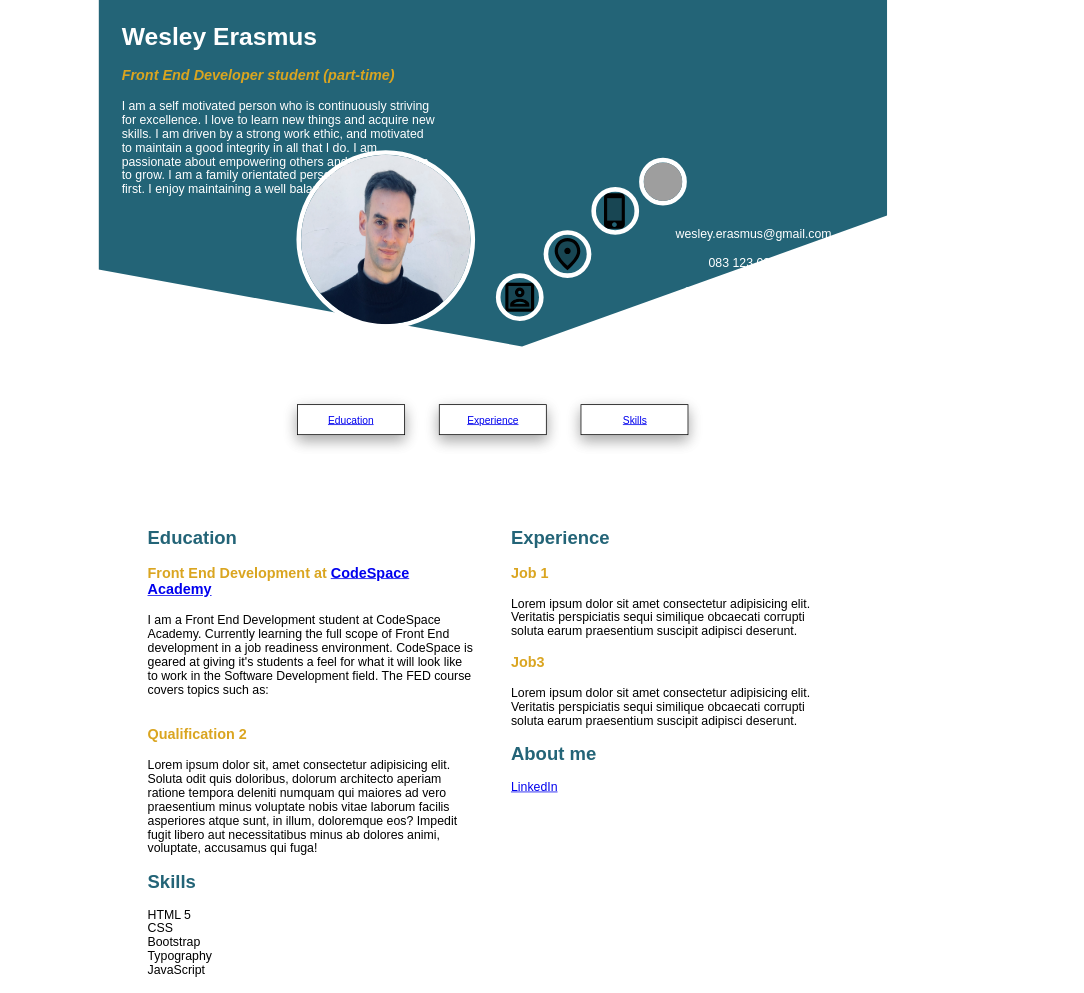
Repository: WesleyErasmus/myDigitalResume
Page: Resume-Projec-3/index.html
The author's editor kept a copy of each file at every save. The page is drawn from the files as they stood at one save, then again after the next save.
The browser window is 1280 px wide. The page is 1408 px wide, so the pictures cover 1408 px, including what lies to the right of the window. The pictures show the whole page, at 77% of full size.
Pictures or frames that could not be fetched are drawn as grey boxes.

Above is the page before, as saved 2022-02-12 16:39:01.

After the next save:
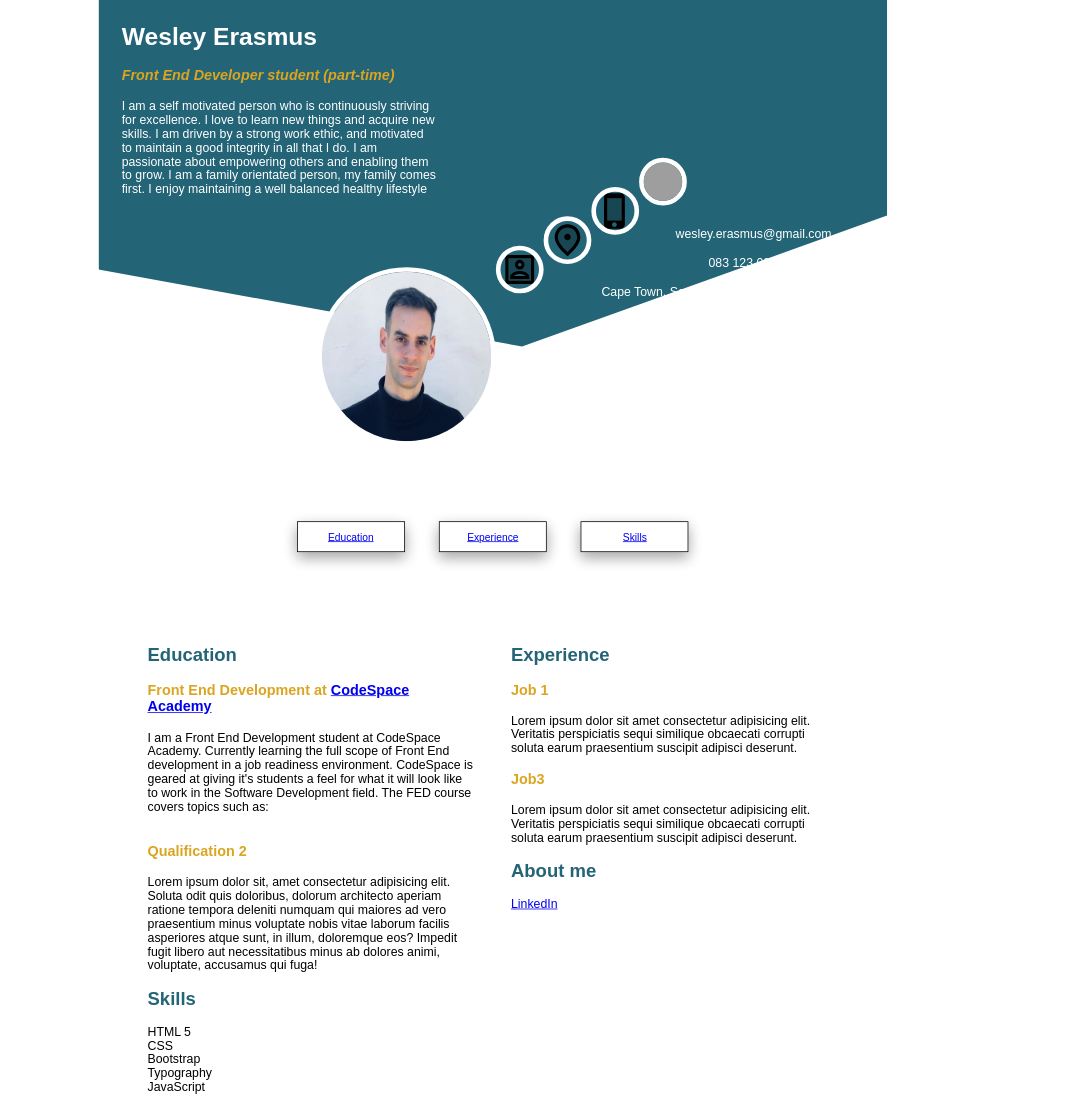
Saved 7 s later.
--- a/Resume-Projec-3/styles.css
+++ b/Resume-Projec-3/styles.css
@@ -23,7 +23,7 @@
 }
 .contact-details {
     /* position: absolute; */
-    float: right;
+    /* float: right; */
     top: 30px;
     right: 30px;
     text-align: right;

After the save that followed:
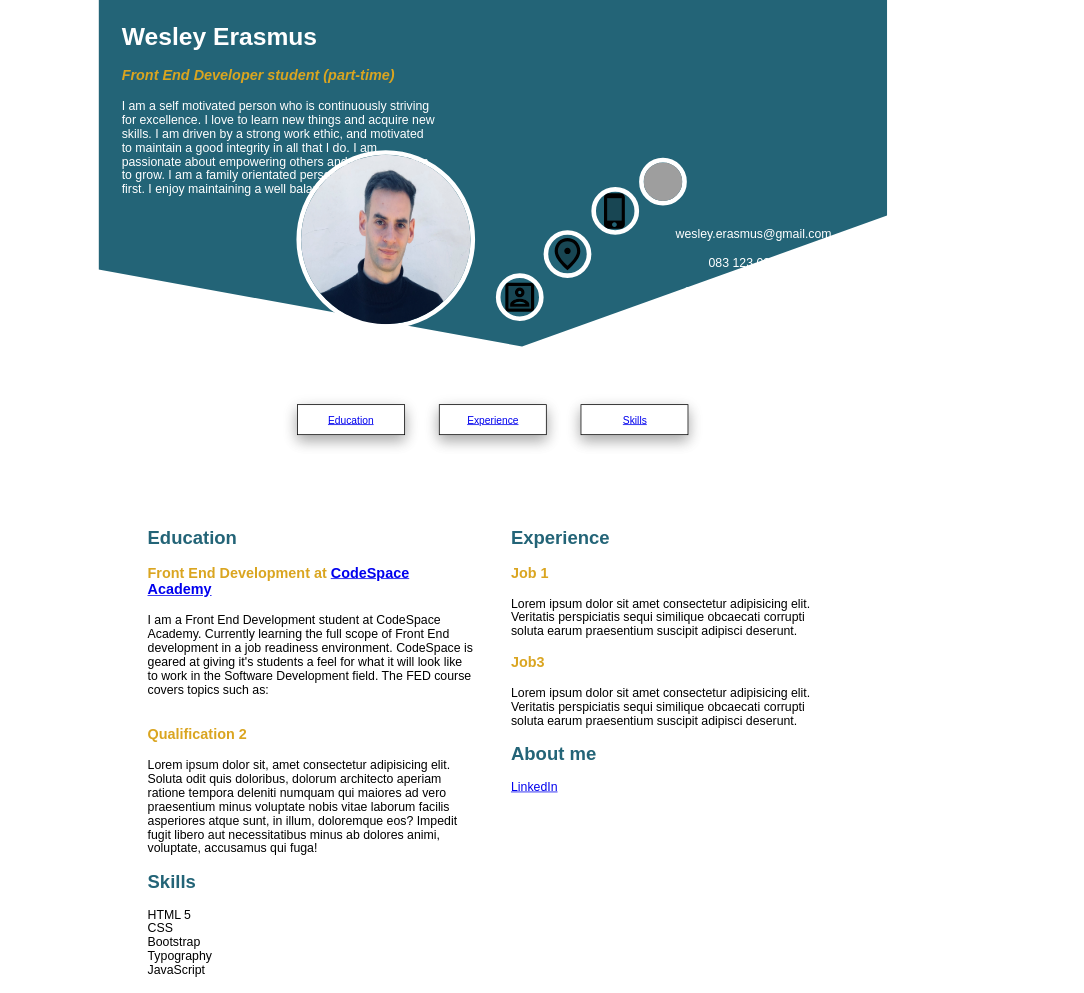
Saved 30 s later.
--- a/Resume-Projec-3/styles.css
+++ b/Resume-Projec-3/styles.css
@@ -23,7 +23,7 @@
 }
 .contact-details {
     /* position: absolute; */
-    /* float: right; */
+    float: right;
     top: 30px;
     right: 30px;
     text-align: right;
